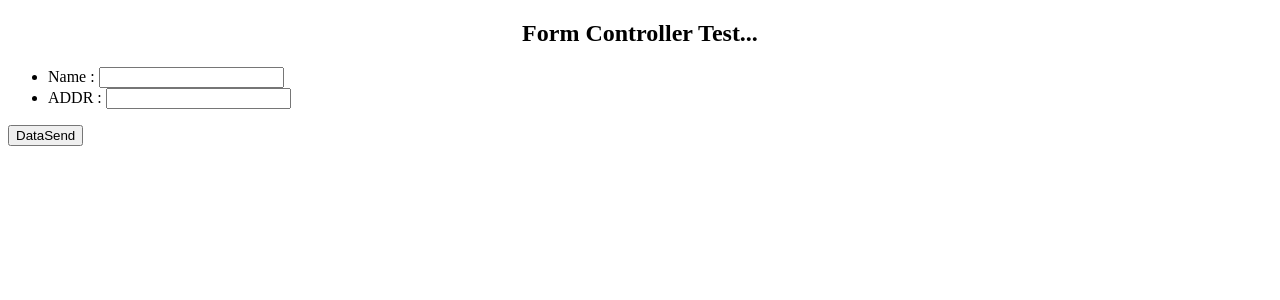
Repository: emily-hong/Maven-study
Page: maven02_SpringMVC/src/main/webapp/form.html
An editor plug-in stored every save of this project. The page is shown before and after the next save, followed by the edit.
The browser window is 1280 px wide. The pictures show the whole page.

Above is the page before, as saved 2024-10-02 03:23:27.

### maven02_SpringMVC/src/main/webapp/form.html
<!DOCTYPE html>
<html>
<head>
<meta charset="UTF-8">
<title>Insert title here</title>
</head>
<body>
<h2 align="center">Form Controller Test...</h2>
<form action="form.do" method="post">
	<ul>
		<li>Name : <input type="text" name="userName" id="userName"/></li>
		<li>ADDR : <input type="text" name="userAddr" id="userAddr"/></li>
	</ul>
	<input type="submit" value="DataSend"/>
</form>

</body>
</html>

After the next save:
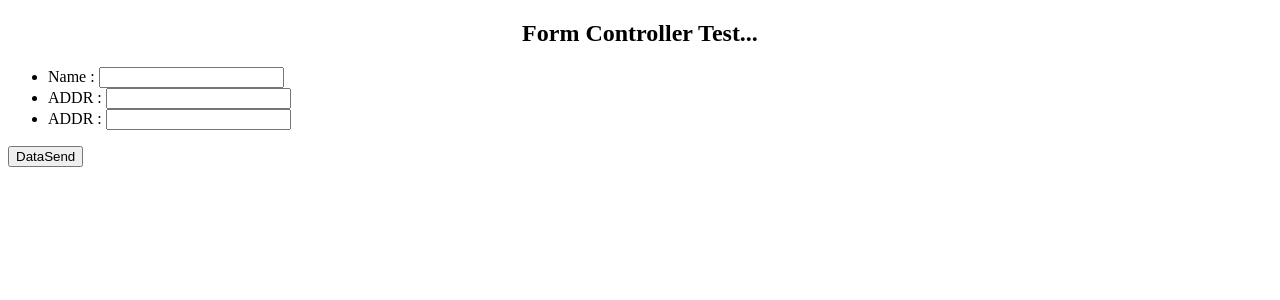
Saved 14 s later.
--- a/maven02_SpringMVC/src/main/webapp/form.html
+++ b/maven02_SpringMVC/src/main/webapp/form.html
@@ -10,6 +10,7 @@
 	<ul>
 		<li>Name : <input type="text" name="userName" id="userName"/></li>
 		<li>ADDR : <input type="text" name="userAddr" id="userAddr"/></li>
+		<li>ADDR : <input type="text" name="userAddr" id="userAddr"/></li>
 	</ul>
 	<input type="submit" value="DataSend"/>
 </form>
